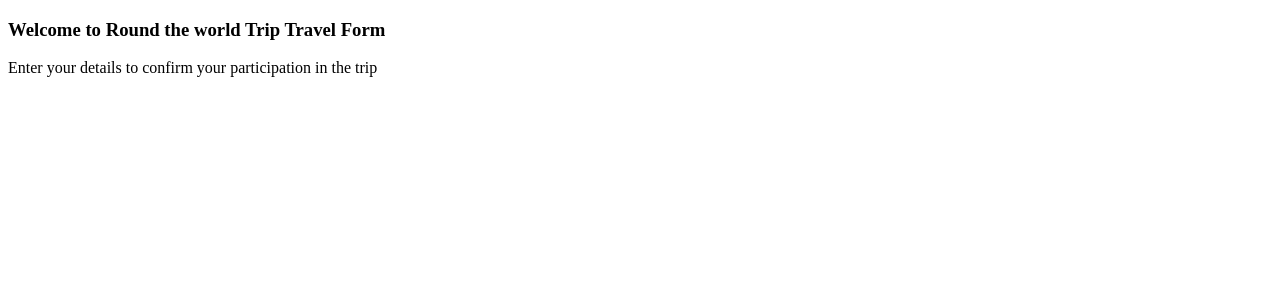
Repository: AvinashLikesToLearnNewStuff/TravelForm
Page: index.html
An editor plug-in stored every save of this project. The page is shown before and after the next save, followed by the edit.
The browser window is 1280 px wide. The pictures show the whole page.

Above is the page before, as saved 2023-03-18 16:08:44.

After the next save:
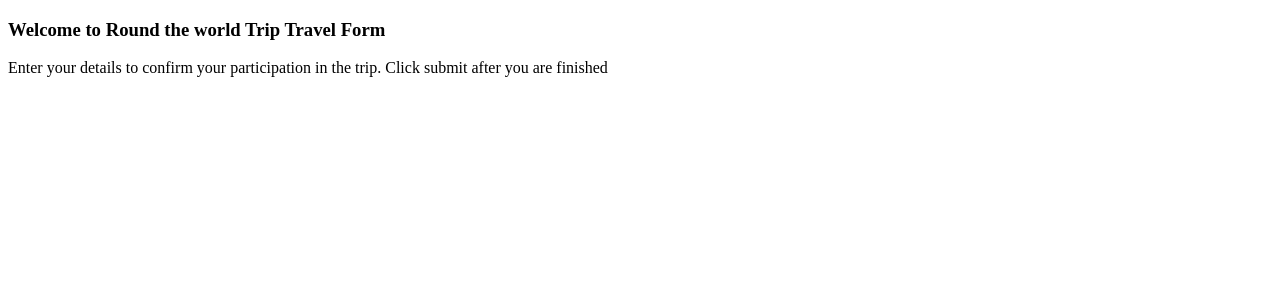
Saved 58 s later.
--- a/index.html
+++ b/index.html
@@ -9,7 +9,10 @@
   <body>
     <div class="container">
       <h3>Welcome to Round the world Trip Travel Form</h3>
-      <p>Enter your details to confirm your participation in the trip</p>
+      <p>
+        Enter your details to confirm your participation in the trip. Click
+        submit after you are finished
+      </p>
     </div>
   </body>
 </html>
